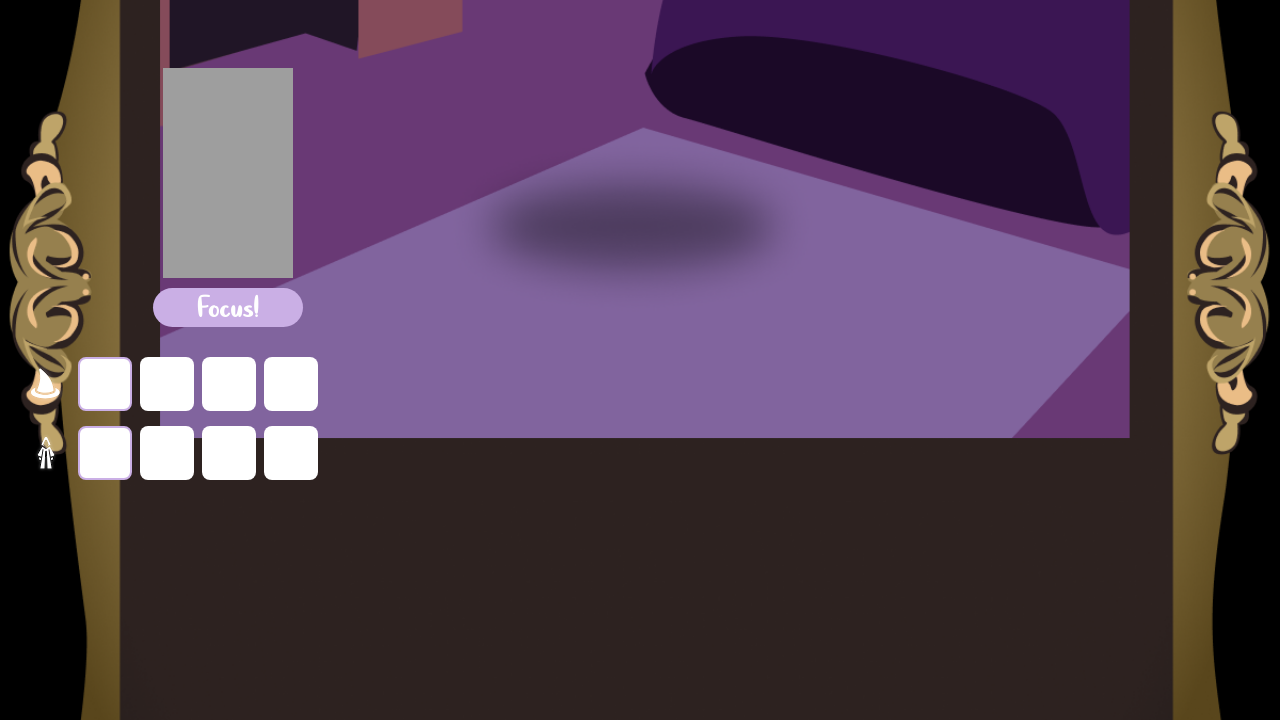
Repository: zhangolivia7/Little-Witch-Alcove
Page: popup.html
An editor plug-in stored every save of this project. The page is shown before and after the next save, followed by the edit.
The browser window is 1280 px wide. The pictures show the whole page.
Pictures or frames that could not be fetched are drawn as grey boxes.

Above is the page before, as saved 2025-11-15 16:44:39.

### popup.html
<!DOCTYPE html>
<html>
  <head>
    <title>Little Witch Alcove</title>
    <link rel="stylesheet" href="popup.css">
  </head>
  <body>
    <div>
        <img src="Assets/Witch.png" alt="Witch" id="witch-img">
    </div>
    <button id="focus-btn">Focus!</button>

    <div id="customization">
        <div class="category-row">
            <img src="Assets/Icons/Hat Category.svg" alt="Hat" class="category-icon">
            <div class="items-scroll">
                <div class="item-slot selected"></div>
                <div class="item-slot"></div>
                <div class="item-slot"></div>
                <div class="item-slot"></div>
            </div>
        </div>
        <div class="category-row">
            <img src="Assets/Icons/Robe Category.svg" alt="Robe" class="category-icon">
            <div class="items-scroll">
                <div class="item-slot selected"></div>
                <div class="item-slot"></div>
                <div class="item-slot"></div>
                <div class="item-slot"></div>
            </div>
        </div>
    </div>

    <script src="popup.js"></script>
  </body>
</html>

### popup.css
@font-face {
    font-family: 'QuiteMagical';
    src: url('Assets/Font/QuiteMagicalRegular.ttf');
}

body {
    width: 400px;
    height: 500px;
    background-image: url('Assets/No UI.png');
    background-repeat: no-repeat;
    background-position: center center;
    background-size: cover;
    background-color: black;
    padding: 20px;
    font-family: 'QuiteMagical';
  }

  h1 {
    font-size: 18px;
    text-align: center;
  }

  #focus-btn {
    width: 150px;
    margin: 10px auto 0 auto;
    padding: 5px 2px 0px 2px;
    border-radius: 25px;
    background: #CAAFE5;
    color: white;
    font-family: 'QuiteMagical';
    font-size: 36px;
    border: none;
    cursor: pointer;
    display: block;
  }

  #witch-img {
    width: 130px;
    height: 210px;
    margin: 40px auto 0 auto;
    display: block;
  }

  #customization {
    margin-top: 20px;
    padding: 10px 0;
  }

  .category-row {
    display: flex;
    align-items: center;
    margin-bottom: 15px;
    gap: 10px;
  }

  .category-icon {
    width: 40px;
    height: 40px;
    flex-shrink: 0;
  }

  .items-scroll {
    display: flex;
    gap: 8px;
    overflow-x: auto;
    overflow-y: hidden;
    flex: 1;
    scrollbar-width: none; /* Firefox */
    -ms-overflow-style: none; /* IE and Edge */
  }

  .items-scroll::-webkit-scrollbar {
    display: none; /* Chrome, Safari, Opera */
  }

  .item-slot {
    width: 50px;
    height: 50px;
    background: white;
    border-radius: 8px;
    flex-shrink: 0;
    border: 2px solid transparent;
  }

  .item-slot.selected {
    border: 2px solid #CAAFE5;
  }

### popup.js
document.getElementById("focus-btn").addEventListener("click", () => {
    alert("Hex of Concentration activated! 🔮");
  });

After the next save:
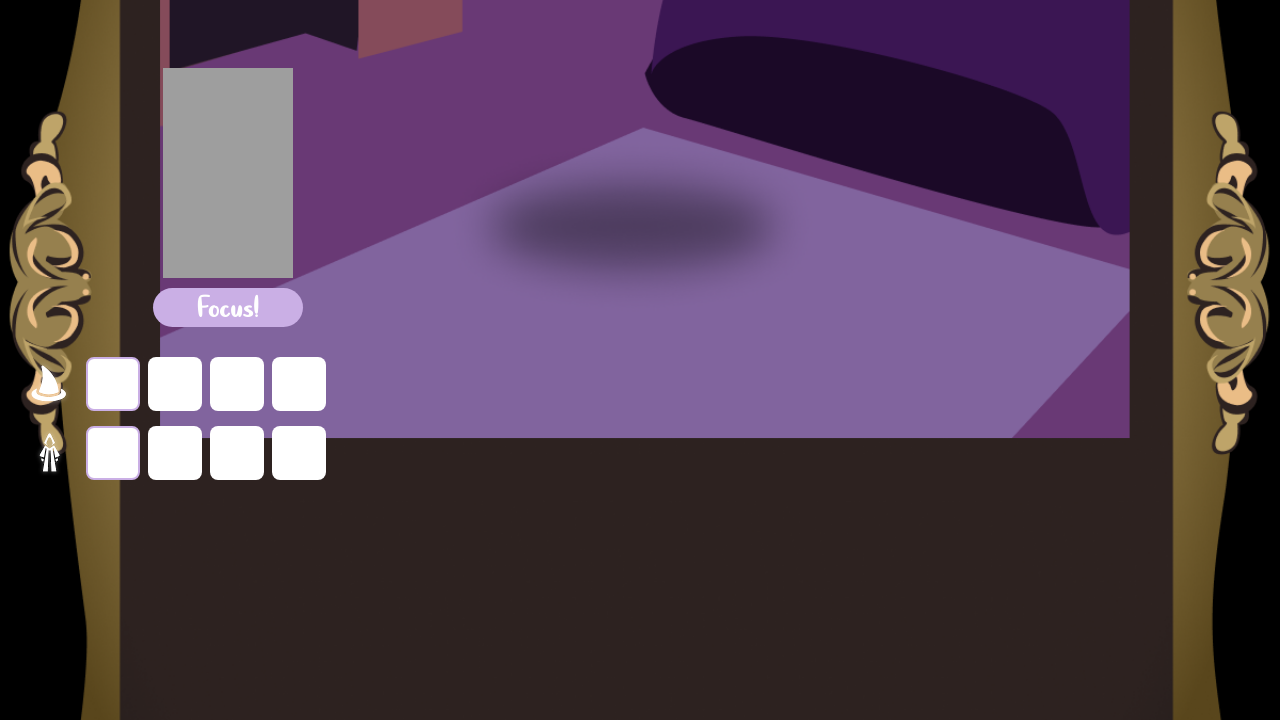
Saved 4 s later.
--- a/popup.css
+++ b/popup.css
@@ -54,8 +54,8 @@ body {
   }
 
   .category-icon {
-    width: 40px;
-    height: 40px;
+    width: 48px;
+    height: 48px;
     flex-shrink: 0;
   }
 
